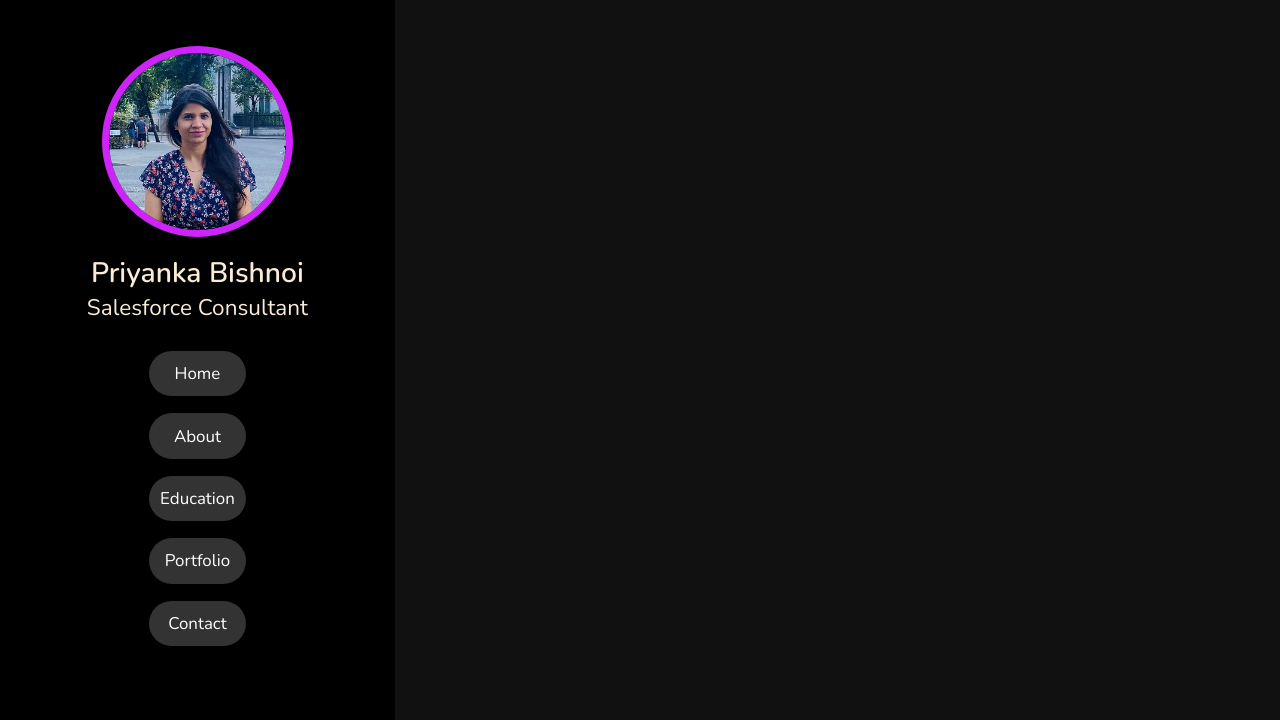
Repository: priyanka-bishnoi/PortfolioPage
Page: MyPage.html
These files come from the project's save history. The page is drawn as it stood at one moment and after the next save; the edit follows.
The browser window is 1280 px wide. The pictures show the whole page.

Above is the page before, as saved 2022-10-08 16:12:42.

After the next save:
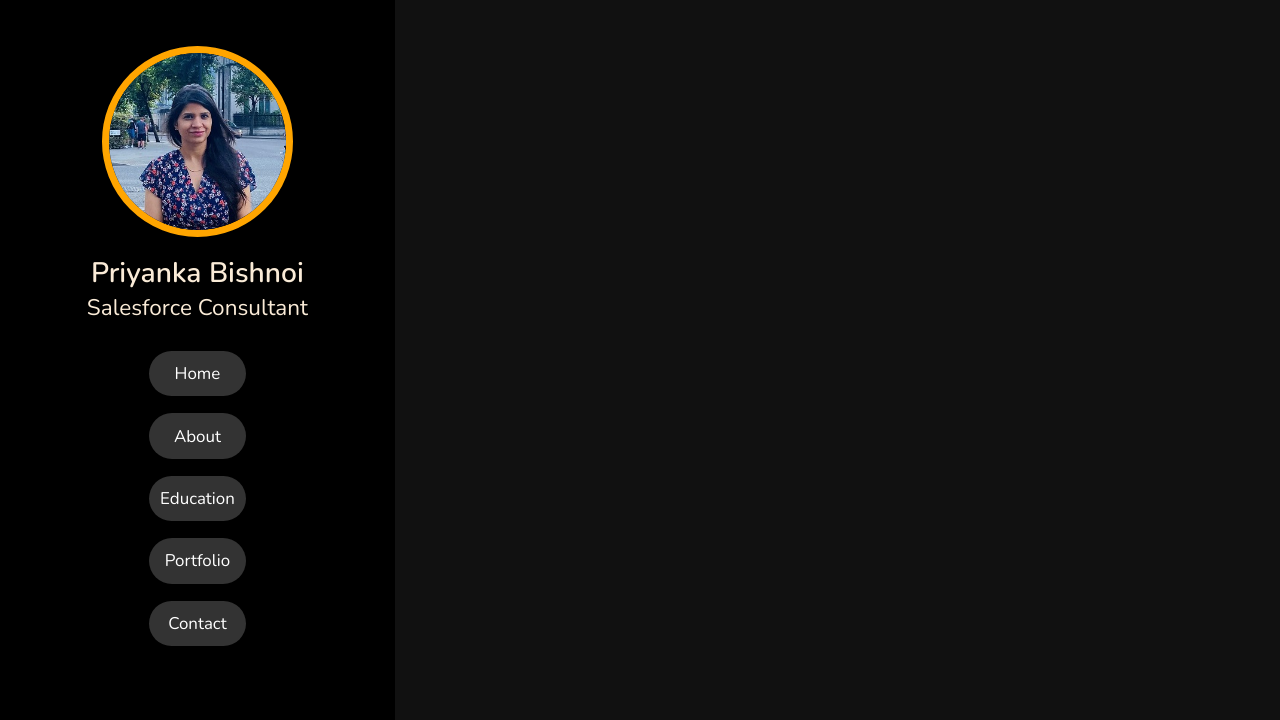
Saved 109 s later.
--- a/css/style.css
+++ b/css/style.css
@@ -1,6 +1,6 @@
 @import url('https://fonts.googleapis.com/css2?family=Nunito:wght@200;300;400;600&display=swap');
 :root{
-    --orange:#ce24f9;
+    --orange:orange;
 }
 *{
     font-family: 'Nunito', sans-serif;
